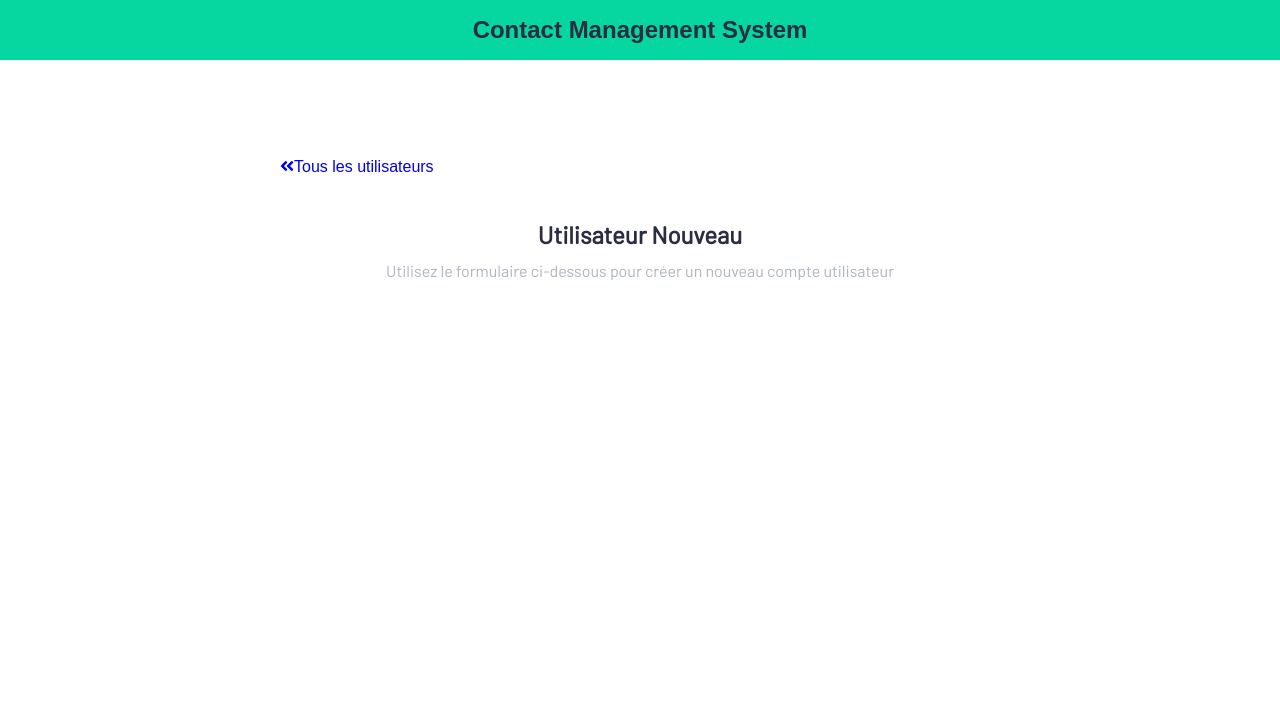
Repository: mohamed-makrani/Global_Development_Service_DBMS
Page: DBMS/views/add_user.ejs
An editor plug-in stored every save of this project. The page is shown before and after the next save, followed by the edit.
The browser window is 1280 px wide. The pictures show the whole page.
Some web fonts or font styles are not loaded; a fallback is used. The page is served by the project's Node server (DBMS/server.js). The template is opened directly, without the code that normally fills it, so the values that code supplies are empty.

Above is the page before, as saved 2024-04-23 10:00:52.

### DBMS/views/add_user.ejs
<!-- include header -->
<%- include('include/_header') %>
<!-- include header -->

<!-- Main Site -->
<main id="site-main">
    <div class="container">
        <div class="box-nav d-flex justify-between">

            <div class="filter">
                <a href="/"><i class="fas fa-angle-double-left"></i>Tous les utilisateurs</a>
            </div>
        </div>

        <div class="form-title text-center">
            <h2 class="text-dark">Utilisateur Nouveau</h2>
            <span class="text-light">Utilisez le formulaire ci-dessous pour créer un nouveau compte utilisateur</span>
        </div>

    </div>
</main>
<!-- /Main Site -->


<!-- include footer -->
<%- include('include/_footer') %>
<!-- /include footer -->

### DBMS/views/include/_header.ejs
<!DOCTYPE html>
<html lang="en">
<head>
    <meta charset="UTF-8">
    <meta name="viewport" content="width=device-width, initial-scale=1.0">
    <title>Management System</title>

    <link rel="stylesheet" href="https://cdnjs.cloudflare.com/ajax/libs/font-awesome/5.15.1/css/all.min.css" integrity="sha512-+4zCK9k+qNFUR5X+cKL9EIR+ZOhtIloNl9GIKS57V1MyNsYpYcUrUeQc9vNfzsWfV28IaLL3i96P9sdNyeRssA==" crossorigin="anonymous" />
    <link rel="stylesheet" href="css/style.css">
</head>
<body>

    <!-- Header -->
        <header id="header">
            <nav>
                <div class="container">
                    <div class="text-center">
                        <a href="/" class="nav-brand text-dark"> Contact Management System </a>
                    </div>
                </div>
            </nav>
        </header>
    <!-- /Header -->

### DBMS/server.js
const express = require('express');
const dotenv = require('dotenv');
const morgan = require('morgan');
const bodyparser = require("body-parser");
const path = require('path');

const app = express();

dotenv.config( { path : 'config.env'} )

const PORT = process.env.PORT || 8080

// log requests
app.use(morgan('tiny'));

// parse request to body-parser
app.use(bodyparser.urlencoded({ extended : true}))

// set view engine
app.set("view engine", "ejs")
//app.set("views", path.resolve(__dirname, "views/ejs"))

// load assets
app.use('/css', express.static(path.resolve(__dirname, "assets/css")))
app.use('/img', express.static(path.resolve(__dirname, "assets/img")))
app.use('/js', express.static(path.resolve(__dirname, "assets/js")))


app.get('/', (req, res) => {
  res.render('index');
});

app.listen(PORT, () => {
    console.log(`server is running on port ${PORT}`);
  });

### DBMS/assets/css/style.css
@import url('https://fonts.googleapis.com/css2?family=Barlow&family=PT+Sans&display=swap');

:root {
    --dark: #2b2d42;
    --light: #adb5bd;
    --border: #dee2e6;
    --border-btn: #edf2f4;
}

* {
    padding: 0;
    margin: 0;
    box-sizing: border-box;
}

a {
    text-decoration: none;
    font-family: 'PT Sans', sans-serif;
}

.container {
    max-width: 720px;
    margin: auto;
}

.nav-brand {
    font-size: 1.5em;
    font-weight: bold;
}

.d-flex {
    display: flex;
    flex-wrap: wrap;
}

.justify-between {
    justify-content: space-between;
}

.text-center {
    text-align: center;
}

.border-shadow {
    border: 1px solid var(--border-btn);
    box-shadow: 1px 3px 10px #e9ecef;
}

.text-dark {
    color: var(--dark);
}

.inline {
    display: inline-block;
}

.text-light {
    color: var(--light);
}

.text-gradient {
    background: linear-gradient(to right, #8e2de2, #4a00e0);
    -webkit-background-clip: text;
    background-clip: text;
    -webkit-text-fill-color: transparent;
}

#header nav {
    background-color: #06d6a0;
    padding: 1em 0;
    width: 100%;
}

#site-main {
    margin-top: 6em;
    font-family: 'Barlow', sans-serif;
}

#site-main .container .box-nav > a {
    font-size: 1em;
    padding: .5em 1em;
}

#site-main .container form {
    margin: 2em 0;
}

table {
    border-spacing: 0px;
    width: 100%;
}

.table td,
.table th {
    padding: 1.5em; /* Adjust padding to add space */
    vertical-align: top;
    text-align: center;
    border-top: 1px solid var(--border);
}

.table td > a.btn {
    display: inline-block;
    vertical-align: middle;
    margin-right: 0.2em;
}

.table tr {
    height: 3em;
}

.table tr:hover {
    background-color: #06d6a0;
}

.table tr:hover td > a {
    box-shadow: none;
}

.table .thead-dark th {
    color: #fff;
    background-color: var(--dark);
    border-color: #32383e;
}

@media only screen and (max-width: 1024px) {
    table,
    thead,
    tbody,
    th,
    td,
    tr {
        display: block;
    }

    thead tr {
        position: absolute;
        top: -9999px;
        left: -9999px;
    }

    tr {
        border: 1px solid var(--border);
    }

    td {
        border: none;
        position: relative;
    }
}

/*  add user & update user template */
.form-title{
    margin-top: 2em;
}

.form-title > h2{
    padding: .5em 0;
}

.new_user{
    max-width: 786px;
    margin: auto;
}

#update_user .form-group,
#add_user .form-group{
    margin: .4em 0;
}

#update_user .form-group input[type="text"],
#add_user .form-group input[type="text"]{
    width: 100%;
    padding: .6em 1em;
    margin: .5em 0;
    border: 1px solid var(--border);
    font-family: 'Barlow', sans-serif;
    font-size: 1em;
    border-radius: .2em;
}

#update_user .form-group .radio,
#add_user .form-group .radio{
    margin: 1em 2em;
}

/* adding style to radio buttons */
.radio input[type='radio']{
    position: absolute;
    opacity: 0;
}

.radio input[type='radio'] + .radio-label:before{
    content: "";
    background: var(--border-btn);
    border-radius: 100%;
    border: 1px solid var(--border);
    display: inline-block;
    width: 1em;
    height: 1em;
    position: relative;
    top: -0em;
    margin-right: .5em;
    vertical-align: top;
    cursor: pointer;
    text-align: center;
    -webkit-transition: all 250ms ease;
    transition: all 250ms ease;
}

.radio input[type='radio']:checked + .radio-label:before{
    background-color: #16db93;
    box-shadow: inset 0 0 0 4px #e9ecef;
}

.radio input[type='radio']:focus + .radio-label:before{
    outline: none;
    border-color:#16db93;
}

.radio input[type='radio']:disabled + .radio-label:before{
    box-shadow: inset 0 0 0 4px #e9ecef;
    border-color: #b4b4b4;
    background: #b4b4b4;
}

#update_user .form-group .btn,
#add_user .form-group .btn {
    width: 100%;
    padding: .9em 1em;
    background-color: #16db93;
    border: none;
    font-family: 'PT Sans', sans-serif;
    font-size: 1em;
    cursor: pointer;
    border-radius: .6em;
    margin: .5em 0;
}

#update_user .form-group .btn:hover,
#add_user .form-group .btn:hover {
    background-color: var(--dark);
    color: var(--border);
}

Loaded but not shown: DBMS/views/include/_footer.ejs (common file); DBMS/assets/js/index.js (no copy from this time; the picture is the same without it)

After the next save:
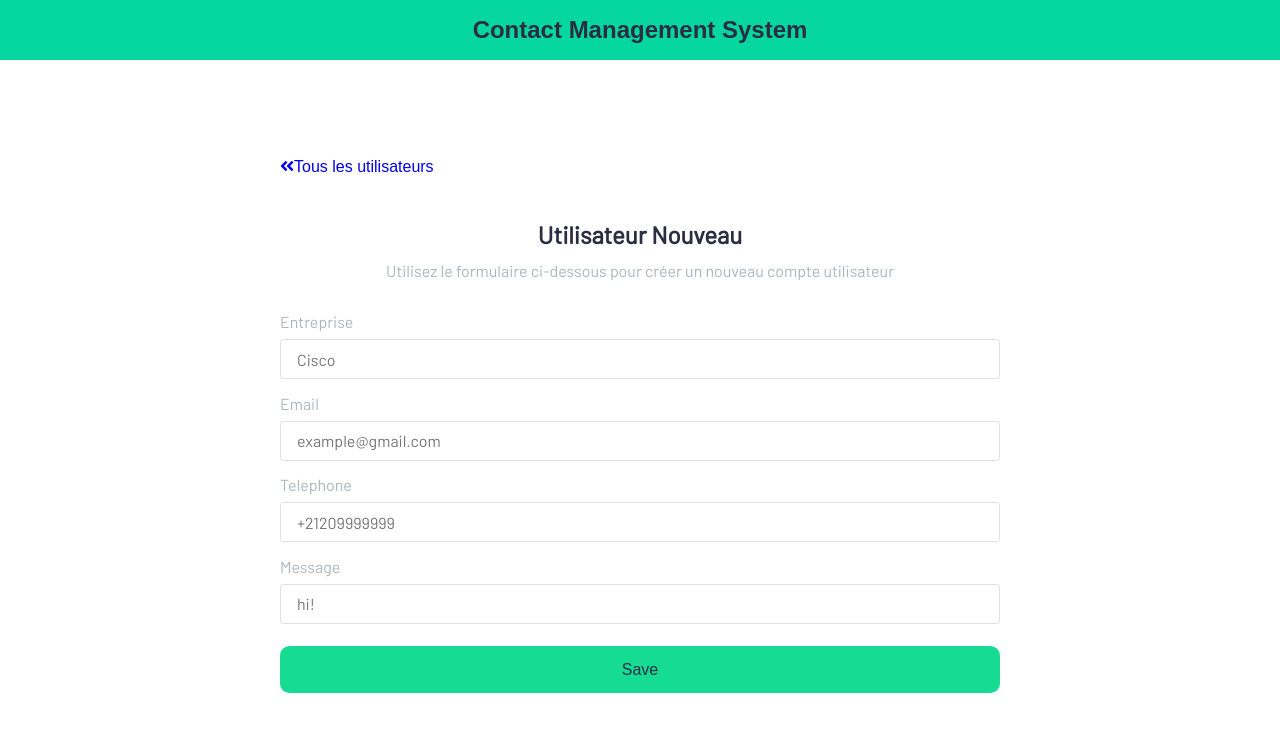
Saved 21 s later.
--- a/DBMS/views/add_user.ejs
+++ b/DBMS/views/add_user.ejs
@@ -17,6 +17,36 @@
             <span class="text-light">Utilisez le formulaire ci-dessous pour créer un nouveau compte utilisateur</span>
         </div>
 
+        <!-- form handling -->
+        <form method="POST" id="update_user">
+            <div class="new_user">
+                <div class="form-group">
+                    <label for="entreprise" class="text-light">Entreprise</label>
+                    <input type="hidden" name="id" value="">
+                    <input type="text" name="entreprise" value="" placeholder="Cisco">
+                </div>
+                <div class="form-group">
+                    <label for="Email" class="text-light">Email</label>
+                    <input type="text" name="email" value="" placeholder="example@gmail.com">
+                </div>
+
+                <div class="form-group">
+                    <label for="telephone" class="text-light">Telephone</label>
+                    <input type="text" name="telephone" value="" placeholder="+21209999999">
+                </div>
+
+                <div class="form-group">
+                    <label for="message" class="text-light">Message</label>
+                    <input type="text" name="message" value=""  placeholder="hi!">
+                </div>
+
+                <div class="form-group">
+                    <button type="submit" class="btn text-dark update">Save</button>
+                </div>
+
+            </div>
+
+        </form>
     </div>
 </main>
 <!-- /Main Site -->

After the save that followed:
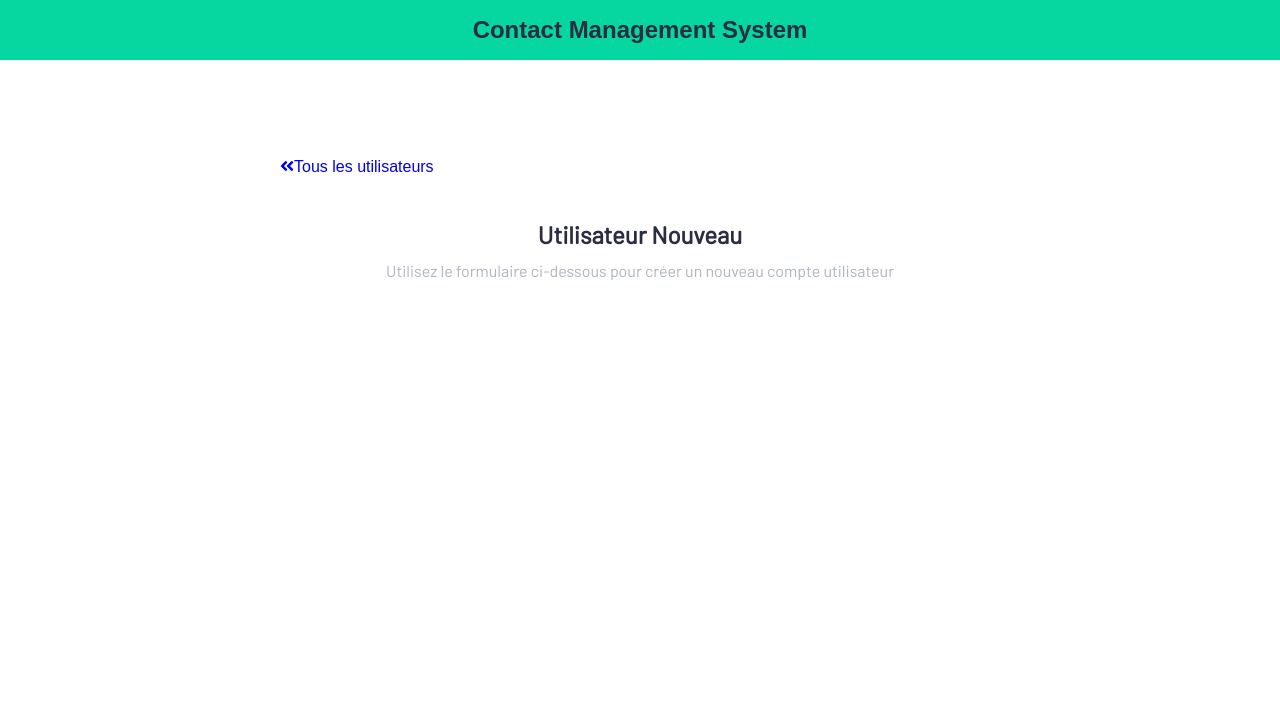
Saved 43 s later.
--- a/DBMS/views/add_user.ejs
+++ b/DBMS/views/add_user.ejs
@@ -17,36 +17,6 @@
             <span class="text-light">Utilisez le formulaire ci-dessous pour créer un nouveau compte utilisateur</span>
         </div>
 
-        <!-- form handling -->
-        <form method="POST" id="update_user">
-            <div class="new_user">
-                <div class="form-group">
-                    <label for="entreprise" class="text-light">Entreprise</label>
-                    <input type="hidden" name="id" value="">
-                    <input type="text" name="entreprise" value="" placeholder="Cisco">
-                </div>
-                <div class="form-group">
-                    <label for="Email" class="text-light">Email</label>
-                    <input type="text" name="email" value="" placeholder="example@gmail.com">
-                </div>
-
-                <div class="form-group">
-                    <label for="telephone" class="text-light">Telephone</label>
-                    <input type="text" name="telephone" value="" placeholder="+21209999999">
-                </div>
-
-                <div class="form-group">
-                    <label for="message" class="text-light">Message</label>
-                    <input type="text" name="message" value=""  placeholder="hi!">
-                </div>
-
-                <div class="form-group">
-                    <button type="submit" class="btn text-dark update">Save</button>
-                </div>
-
-            </div>
-
-        </form>
     </div>
 </main>
 <!-- /Main Site -->
